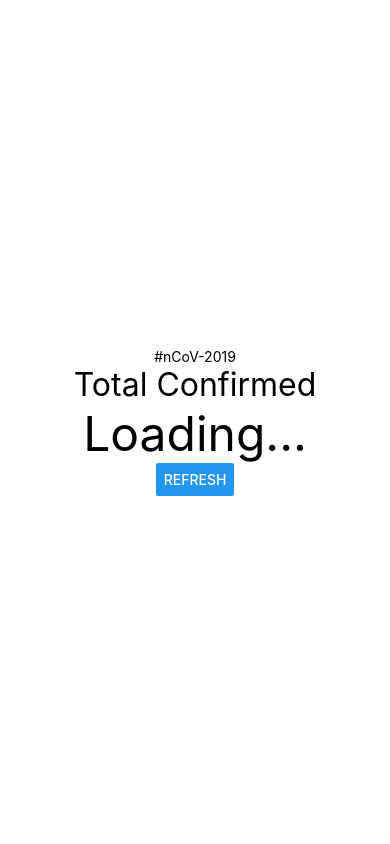
Repository: 0x77dev/coronavirus
Screen: /
These files come from the project's save history. The screen is drawn as it stood at one moment and after the next save; the edit follows.
The page's requests for data from a server got no answer. The app was drawn by React Native's web renderer in a window 390 px wide. The project was rebuilt for these pictures with package versions that can differ from the ones it lists, and the page was loaded fresh each time. No one was signed in, and anything a server would have sent is missing.

Above is the screen before, as saved 2020-03-13 17:59:51.

### App.tsx
import React from 'react';
import { StyleSheet, Text, View, Button } from 'react-native';

export default class App extends React.Component {
  constructor(props) {
    super(props);
    this.state = {
      totalConfirmed: "Loading...",
    };
  }

  render() {
    return (
      <View style={styles.container} >
        <Text style={{ fontSize: 14 }}>#nCoV-2019</Text>
        <Text style={{ fontSize: 32 }}>Total Confirmed</Text>
        {/* @ts-ignore */}
        <Text style={{ fontSize: 48 }}>{this.state.totalConfirmed}</Text>
        <Button title="Refresh" onPress={this.componentDidMount}>Refresh</Button>
      </View>
    );
  }

  async componentDidMount() {
    const totalConfirmedFetch = await fetch("https://services9.arcgis.com/N9p5hsImWXAccRNI/arcgis/rest/services/Z7biAeD8PAkqgmWhxG2A/FeatureServer/1/query?f=json&where=Confirmed%20%3E%200&returnGeometry=false&spatialRel=esriSpatialRelIntersects&outFields=*&outStatistics=%5B%7B%22statisticType%22%3A%22sum%22%2C%22onStatisticField%22%3A%22Confirmed%22%2C%22outStatisticFieldName%22%3A%22value%22%7D%5D&cacheHint=true");
    const totalConfirmedFetchJSON = await totalConfirmedFetch.json();
    //@ts-ignore
    this.setState({ totalConfirmed: totalConfirmedFetchJSON.features[0].attributes.value });
    console.log(this.setState, totalConfirmedFetchJSON)
  }
}

const styles = StyleSheet.create({
  container: {
    flex: 1,
    backgroundColor: '#fff',
    alignItems: 'center',
    justifyContent: 'center',
  },
});

After the next save:
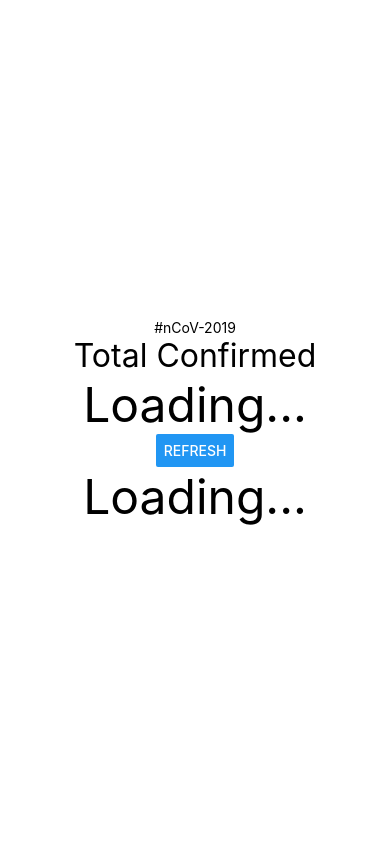
Saved 6 s later.
--- a/App.tsx
+++ b/App.tsx
@@ -17,6 +17,7 @@ export default class App extends React.Component {
         {/* @ts-ignore */}
         <Text style={{ fontSize: 48 }}>{this.state.totalConfirmed}</Text>
         <Button title="Refresh" onPress={this.componentDidMount}>Refresh</Button>
+        <Text style={{ fontSize: 48 }}>{this.state.totalConfirmed}</Text>
       </View>
     );
   }
